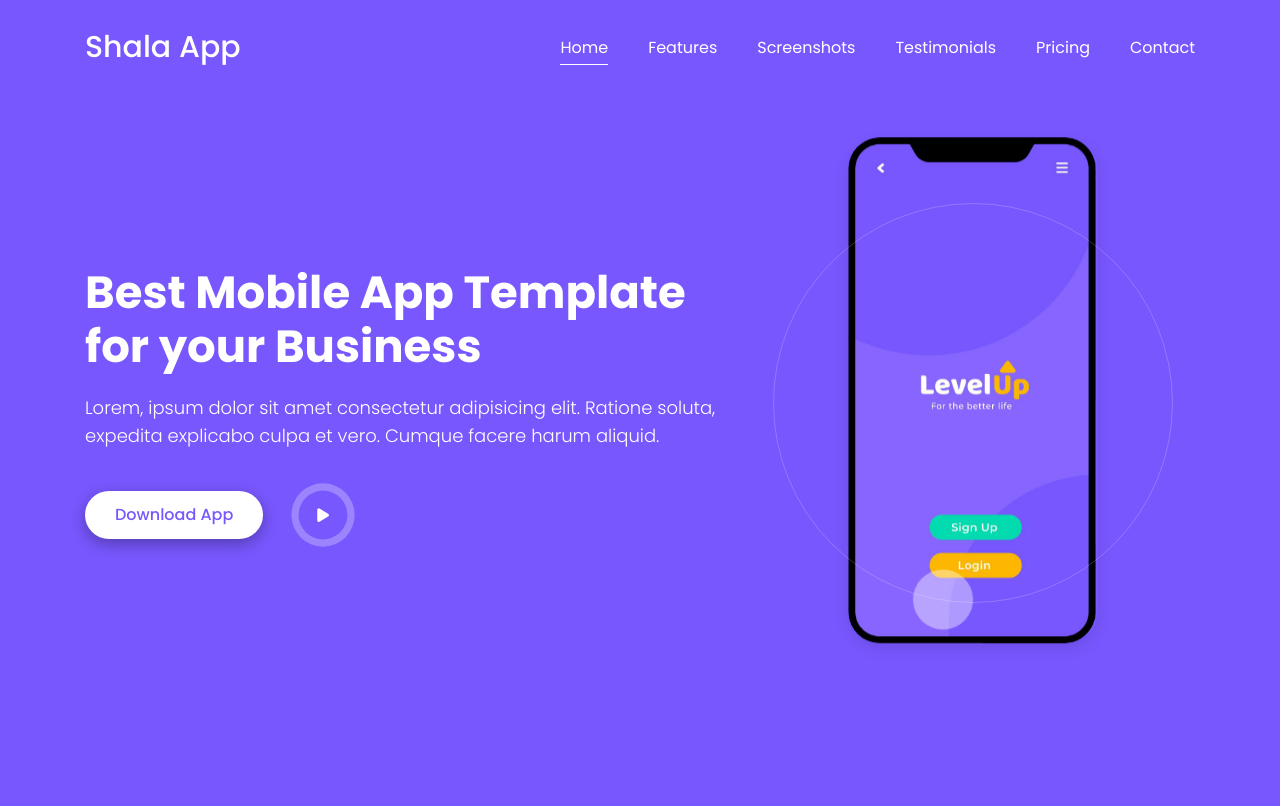
Repository: Mohamed-Hema/Shala-App
Page: index.html
The author's editor kept a copy of each file at every save. The page is drawn from the files as they stood at one save, then again after the next save.
The browser window is 1280 px wide. The pictures show the whole page.
The pointer rests on the first visible `.home .home-btn .video-play-btn`.
Some web libraries are served in a nearby version.

Above is the page before, as saved 2021-02-13 09:31:00.

### index.html
<!DOCTYPE html>
<html lang="zxx">
<head>
  <title>Shala - App Landing Page</title>
  <meta charset="utf-8">
  <meta name="viewport" content="width=device-width, initial-scale=1">
  <!-- owl carousel css -->
  <link rel="stylesheet" href="css/owl.carousel.min.css">
  <!-- font awesome icons -->
  <script src="https://kit.fontawesome.com/794108ad0e.js" crossorigin="anonymous"></script>
  <!-- bootstrap css -->
  <link rel="stylesheet" href="css/bootstrap.min.css">
  <!-- main css -->
  <link rel="stylesheet" href="css/style.css">
</head>
<body>

  <!-- Start NavBar -->
  <nav class="navbar navbar-expand-md fixed-top">
    <div class="container">
      <!-- Brand -->
      <a class="navbar-brand" href="#">Shala App</a>

      <!-- Toggler/collapsibe Button -->
      <button class="navbar-toggler" type="button" data-toggle="collapse" data-target="#collapsibleNavbar">
        <span class="navbar-toggler-icon"></span>
      </button>

      <!-- Navbar links -->
      <div class="collapse navbar-collapse" id="collapsibleNavbar">
        <ul class="navbar-nav ml-auto">
          <li class="nav-item">
            <a class="nav-link active" href="#">Home</a>
          </li>
          <li class="nav-item">
            <a class="nav-link" href="#">Features</a>
          </li>
          <li class="nav-item">
            <a class="nav-link" href="#">Screenshots</a>
          </li>
          <li class="nav-item">
            <a class="nav-link" href="#">Testimonials</a>
          </li>
          <li class="nav-item">
            <a class="nav-link" href="#">Pricing</a>
          </li>
          <li class="nav-item">
            <a class="nav-link" href="#">Contact</a>
          </li>
        </ul>
      </div>
    </div>
  </nav>

  <!-- End NavBar -->
  <!-- Start Home Section -->
  <section class="home d-flex align-items-center">
    <div class="container">
      <div class="row align-items-center">
        <div class="col-md-7">
          <div class="home-text">
            <h1>Best Mobile App Template for your Business</h1>
            <p>Lorem, ipsum dolor sit amet consectetur adipisicing elit. Ratione soluta, expedita explicabo culpa et vero. Cumque facere harum aliquid.</p>
            <div class="home-btn">
              <a href="#" class="btn btn-1">Download App</a>
              <button type="button" class="btn btn-1 video-play-btn">
                <i class="fas fa-play"></i>
              </button>
            </div>
          </div>
        </div>
        <div class="col-md-5 text-center">
          <div class="home-img">
            <div class="circle"></div>
            <img src="img/app-screenshots/1.png" alt="First App Screen">
          </div>
        </div>
      </div>
    </div>
  </section>
  <!-- End Home Section -->
<!-- jquery js -->
<script src="js/jquery.min.js"></script>
<!-- popper js -->
<script src="js/popper.min.js"></script>
<!-- bootstrap js -->
<script src="js/bootstrap.min.js"></script>
<!-- owl carousel js -->
<script src="js/owl.carousel.min.js"></script>
<!-- ScrollIt js -->
<script src="js/scrollIt.min.js"></script>
<!-- main js -->
<script src="js/main.js"></script>
</body>
</html>

### css/style.css
/* Start Global Styles */
@import url('https://fonts.googleapis.com/css2?family=Poppins:wght@300;400;500;600;700;800;900&display=swap');

*{
    margin: 0;
    padding: 0;
    outline: none!important;
}

:root{
    --main-color: #7857fe;
    --color-1: #e91e63;
    --color-2: #f5ae10;
    --color-3: #09d69c;
    --bg-dark: #2b2c2f;
    --main-to-dark-color: var(--main-color);
    --dark-to-main-color: var(--bg-dark);
    --shadow-black-100: 0 5px 15px rgba(0,0,0,.1);
    --shadow-black-300: 0 5px 15px rgba(0,0,0,.3);
    --black-900: #000;
    --black-400: #555555;
    --black-100: #f7f7f7;
    --black-000: #fff;
    --black-alpha-100: rgba(0,0,0,0.05);
}

body{
    font-family: 'Poppins', sans-serif;
    font-size: 16px;
    font-weight: 400;
    overflow-x: hidden;
    background-color: #fff;
    line-height: 1.5;
}
img{
    max-width: 100%;
    vertical-align: middle;
}
ul{
    list-style: none;
}
.btn-1{
    background-color: #fff;
    padding: 12px 30px;
    border: none;
    border-radius: 30px;
    color: var(--main-color);
    font-size: 16px;
    transition: all .5s ease;
    box-shadow: var(--shadow-black-300);
    font-weight: 500;
}
.btn-1:focus{
    box-shadow: var(--shadow-black-300);
}
.btn-1:hover{
    color: #fff;
    background-color: var(--main-color);
}
@keyframes spin_01{
    0%{
        transform: rotate(0deg);
    }
    100%{
        transform: rotate(360deg);
    }
}
@keyframes bounceTop_01{
    0%, 100%{
        transform: translateY(-30px);
    }
    50%{
        transform: translateY(0px);
    }
}
@keyframes pulse_01{
    0%{
        transform: scale(0.94);
        box-shadow: 0 0 0 0 rgba(255,255,255,0.7);
    }
    70%{
        transform: scale(1);
        box-shadow: 0 0 0 12px rgba(255,255,255,0);
    }
    100%{
        transform: scale(0.94);
        box-shadow: 0 0 0 0 rgba(255, 255, 255, 0);
    }
}
/* End Global Styles */
/* Start Navbar */
.navbar{
    background-color: var(--main-color);
    padding: 20px 0;
}
.navbar > .container{
    padding: 0 15px;
}
.navbar .navbar-brand{
    font-size: 30px;
    color: #fff;
    font-weight: 500;
}
.navbar .nav-item{
    margin-left: 40px;
}
.navbar .nav-item .nav-link{
    color: #fff;
    font-size: 16px;
    font-weight: 400;
    padding: 5px 0;
    position: relative;
}
.navbar .nav-item .nav-link::before{
    content: '';
    position: absolute;
    left: 0;
    right: 0;
    bottom: 0;
    height: 1px;
    background-color: #fff;
    transition: all .5s ease;
    transform: scale(0);
}
.navbar .nav-item .nav-link.active::before,
.navbar .nav-item .nav-link:hover::before{
    transform: scale(1);
}
.navbar .nav-item .nav-link:hover.active::before{
    transform: scale(0);
}
/* End Navbar */
/* Start Home Section */
.home{
    min-height: 100vh;
    padding: 150px 0;
    background-color: var(--main-to-dark-color);
}
.home-text h1{
    font-size: 45px;
    font-weight: 700;
    color: #fff;
    margin: 0 0 20px;
}
.home-text p{
    font-size: 18px;
    line-height: 28px;
    color: #fff;
    margin: 0;
    font-weight: 300;
}
.home .home-btn{
    margin-top: 40px;
}
.home .home-btn .video-play-btn{
    margin-left: 30px;
    height: 50px;
    width: 50px;
    padding: 0;
    font-size: 16px;
    animation: pulse_01 2s ease infinite;
}
.home .home-btn .video-play-btn i{
    line-height: 50px;
}
.home-img img{
    max-width: 250px;
    width: 100%;
    box-shadow: var(--shadow-black-100);
    border-radius: 32px;
    animation: bounceTop_01 3s ease infinite;
}

.home-img{
    position: relative;
}
.home-img .circle{
    position: absolute;
    z-index: 1;
    height: 400px;
    width: 400px;
    border: 1px solid rgba(255, 255, 255, .2);
    border-radius: 50%;
    top: 50%;
    left: 50%;
    transform: translate(-50%, -50%);
}
.home-img .circle::before{
    content: '';
    position: absolute;
    height: 60px;
    width: 60px;
    background-color: rgba(255, 255, 255, .4);
    border-radius: 50%;
    left: 30px;
    top: 30px;
    transform-origin: 170px 170px;
    animation: spin_01 10s linear infinite;
}

/* End Home Section */

Loaded but not shown: css/owl.carousel.min.css (library); css/bootstrap.min.css (library); js/jquery.min.js (library); js/popper.min.js (library); js/bootstrap.min.js (library); js/owl.carousel.min.js (library); js/scrollIt.min.js (common file); js/main.js (no copy from this time; the picture is the same without it)

After the next save:
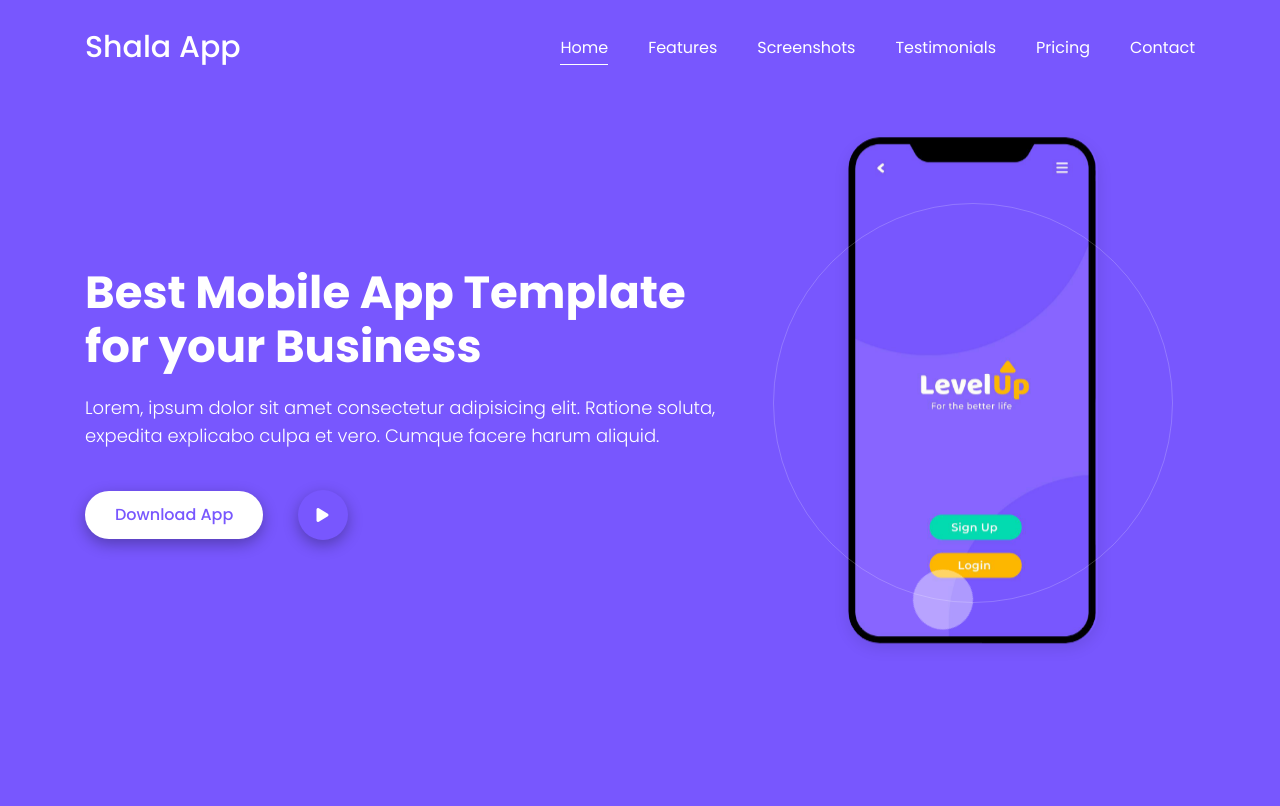
Saved 70 s later.
--- a/css/style.css
+++ b/css/style.css
@@ -152,6 +152,10 @@ ul{
 .home .home-btn{
     margin-top: 40px;
 }
+.home .home-btn .video-play-btn:hover{
+    animation: none;
+    box-shadow: ;
+}
 .home .home-btn .video-play-btn{
     margin-left: 30px;
     height: 50px;
